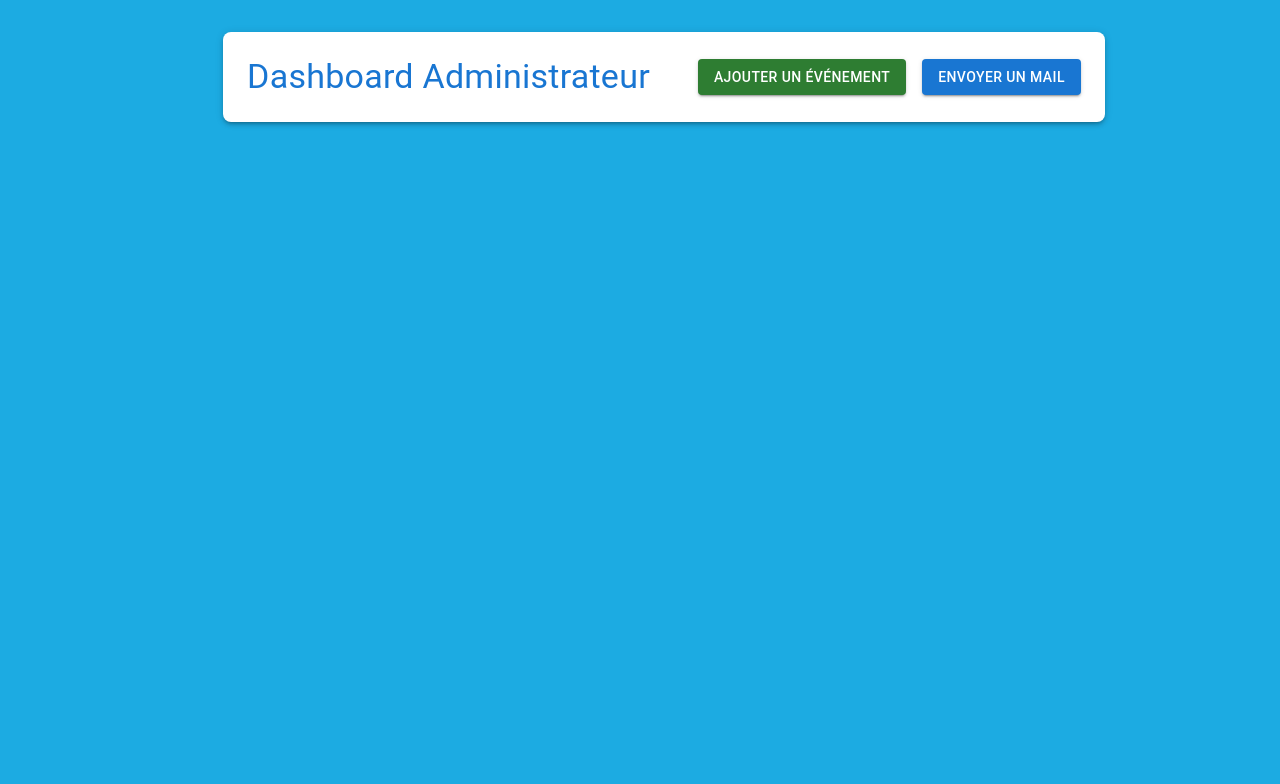
Repository: clement-chn/challenge-48h
Page: /dashboard (app in front/)
An editor plug-in stored every save of this project. The page is shown before and after the next save, followed by the edit.
The browser window is 1280 px wide. The pictures show the whole page.
The project was rebuilt for these pictures with package versions that can differ from the ones it lists, and the page was loaded fresh each time. Also part of the build but not shown: front/vite.config.js, front/src/Routes/connexion.jsx, front/src/Routes/inscriptions.jsx.

Above is the page before, as saved 2025-04-03 14:20:18.

### front/src/App.jsx
import './App.css'
import { BrowserRouter as Router, Routes, Route, Navigate } from 'react-router-dom'
import Connexion from './Routes/connexion.jsx'
import Dashboard from './Routes/dashboard.jsx'
import Inscription from './Routes/inscriptions.jsx'

function App() {
  return (
    <>
      <Router>
        <div style={{ minHeight: '100vh' }}> {/* Suppression de backgroundColor */}
          <Routes>
            <Route path="/" element={<Connexion />} />
            <Route path="/dashboard" element={<Dashboard />} />
            <Route path="*" element={<Navigate to="/" />} />
          </Routes>
        </div>
      </Router>
    </>
  )
}

export default App

### front/src/App.css
body {
  background-color: #1CABE2; /* Changement de fond */
  margin: 0;
  font-family: Arial, sans-serif;
}

#root {
  max-width: 1280px;
  margin: 0 auto;
  padding: 2rem;
  text-align: center;
}

.logo {
  height: 6em;
  padding: 1.5em;
  will-change: filter;
  transition: filter 300ms;
}
.logo:hover {
  filter: drop-shadow(0 0 2em #646cffaa);
}
.logo.react:hover {
  filter: drop-shadow(0 0 2em #61dafbaa);
}

@keyframes logo-spin {
  from {
    transform: rotate(0deg);
  }
  to {
    transform: rotate(360deg);
  }
}

@media (prefers-reduced-motion: no-preference) {
  a:nth-of-type(2) .logo {
    animation: logo-spin infinite 20s linear;
  }
}

.card {
  padding: 2em;
}

.read-the-docs {
  color: #888;
}

### front/src/Routes/dashboard.jsx
import React, { useState } from 'react';
import { Box, Card, CardContent, IconButton, Typography, Button } from '@mui/material';
import EditIcon from '@mui/icons-material/Edit';
import DeleteIcon from '@mui/icons-material/Delete';
import ModalCreeEvent from '../Components/ModalCreeEvent';
import HeaderSection from '../Components/HeaderSection'; // Import du nouveau composant

const AdminDashboard = () => {
  const [open, setOpen] = useState(false);
  const [events, setEvents] = useState([]);
  const [eventData, setEventData] = useState({
    title: '',
    date: '',
    description: '',
  });
  const [registeredEvents, setRegisteredEvents] = useState([]);

  const handleOpen = () => setOpen(true);
  const handleClose = () => {
    setOpen(false);
    setEventData({ title: '', date: '', description: '' });
  };

  const handleChange = (e) => {
    setEventData({ ...eventData, [e.target.name]: e.target.value });
  };

  const handleSubmit = (e) => {
    e.preventDefault();
    setEvents([...events, { ...eventData, id: Date.now() }]);
    handleClose();
  };

  const handleDelete = (id) => {
    setEvents(events.filter(event => event.id !== id));
    setRegisteredEvents(registeredEvents.filter(eventId => eventId !== id));
  };

  const handleRegister = (id) => {
    if (registeredEvents.includes(id)) {
      setRegisteredEvents(registeredEvents.filter(eventId => eventId !== id));
    } else {
      setRegisteredEvents([...registeredEvents, id]);
    }
  };

  const handleSendMail = () => {
    alert('Mail envoyé !');
  };

  return (
    <div style={{ backgroundColor: '#1CABE2', minHeight: '100vh' }}> {/* Fond principal */}
      <Box sx={{ width: '100%' }}> {/* Conteneur parent pour permettre la largeur complète */}
        {/* Utilisation du composant HeaderSection */}
        <HeaderSection onAddEvent={handleOpen} onSendMail={handleSendMail} />

        {/* Liste des événements */}
        {events.map((event) => (
          <Card key={event.id} sx={{ mb: 2, p: 2, display: 'flex', justifyContent: 'space-between', alignItems: 'center' }}>
            <CardContent>
              <Typography variant="subtitle2" color="textSecondary">
                {event.date}
              </Typography>
              <Typography variant="h6">{event.title}</Typography>
              <Typography variant="body2" color="textSecondary">
                {event.description}
              </Typography>
            </CardContent>
            <Box>
              <IconButton color="primary">
                <EditIcon />
              </IconButton>
              <IconButton color="error" onClick={() => handleDelete(event.id)}>
                <DeleteIcon />
              </IconButton>
              <Button
                variant="contained"
                color={registeredEvents.includes(event.id) ? 'error' : 'primary'}
                onClick={() => handleRegister(event.id)}
                sx={{ ml: 1 }}
              >
                {registeredEvents.includes(event.id) ? 'Se désinscrire' : 'S’inscrire'}
              </Button>
            </Box>
          </Card>
        ))}

        {/* Utilisation du composant ModalCreeEvent */}
        <ModalCreeEvent
          open={open}
          handleClose={handleClose}
          handleSubmit={handleSubmit}
          handleChange={handleChange}
          eventData={eventData}
        />
      </Box>
    </div>
  );
};

export default AdminDashboard;

### front/src/Components/ModalCreeEvent.jsx
import React from 'react';
import { Box, Typography, Modal, TextField, Button } from '@mui/material';

const ModalCreeEvent = ({ open, handleClose, handleSubmit, handleChange, eventData }) => {
  return (
    <Modal open={open} onClose={handleClose} aria-labelledby="modal-title">
      <Box
        sx={{
          position: 'absolute',
          top: '50%',
          left: '50%',
          transform: 'translate(-50%, -50%)',
          width: 400,
          bgcolor: 'background.paper',
          boxShadow: 24,
          p: 4,
          borderRadius: 2,
        }}
      >
        <Typography id="modal-title" variant="h6" sx={{ mb: 2 }}>
          Créer un nouvel événement
        </Typography>

        {/* Formulaire */}
        <form onSubmit={handleSubmit}>
          <TextField
            label="Titre de l'événement"
            name="title"
            fullWidth
            required
            margin="dense"
            value={eventData.title}
            onChange={handleChange}
          />
          <TextField
            label="Date"
            type="date"
            name="date"
            fullWidth
            required
            margin="dense"
            InputLabelProps={{ shrink: true }}
            value={eventData.date}
            onChange={handleChange}
          />
          <TextField
            label="Description"
            name="description"
            fullWidth
            multiline
            rows={3}
            margin="dense"
            value={eventData.description}
            onChange={handleChange}
          />

          <Box sx={{ display: 'flex', justifyContent: 'space-between', mt: 3 }}>
            <Button variant="contained" color="error" onClick={handleClose}>
              Annuler
            </Button>
            <Button variant="contained" color="primary" type="submit">
              Créer
            </Button>
          </Box>
        </form>
      </Box>
    </Modal>
  );
};

export default ModalCreeEvent;

### front/src/Components/HeaderSection.jsx
import React from 'react';
import { Box, Button, Typography } from '@mui/material';

const HeaderSection = ({ onAddEvent, onSendMail }) => {
  return (
    <Box
      sx={{
        backgroundColor: '#ffffff', // Fond blanc
        borderRadius: 2,
        width: '100%', // Prendre toute la largeur
        display: 'flex',
        justifyContent: 'space-between',
        alignItems: 'center',
        boxShadow: 3,
        mb: 3,
        p: 3, // Ajout de padding pour un meilleur espacement
      }}
    >
      <Typography variant="h4" color="primary">
        Dashboard Administrateur
      </Typography>
      <Box>
        <Button
          variant="contained"
          color="success"
          onClick={onAddEvent}
          sx={{ mr: 2 }}
        >
          Ajouter un événement
        </Button>
        <Button
          variant="contained"
          color="primary"
          onClick={onSendMail}
        >
          Envoyer un mail
        </Button>
      </Box>
    </Box>
  );
};

export default HeaderSection;

### front/src/Components/EventFilterSelect.jsx
import React from 'react';
import { Box, FormControl, InputLabel, MenuItem, Select } from '@mui/material';

const EventFilterSelect = ({ filter, setFilter }) => {
  const handleChange = (event) => {
    setFilter(event.target.value);
  };

  return (
    <Box sx={{ mb: 3, width: '100%' }}>
      <FormControl fullWidth>
        <InputLabel id="event-filter-label">Filtrer les événements</InputLabel>
        <Select
          labelId="event-filter-label"
          value={filter}
          onChange={handleChange}
          label="Filtrer les événements"
        >
          <MenuItem value="all">Tous les événements</MenuItem>
          <MenuItem value="closest">Événements les plus proches</MenuItem>
          <MenuItem value="registered">Événements où un bénévole est inscrit</MenuItem>
        </Select>
      </FormControl>
    </Box>
  );
};

export default EventFilterSelect;

Loaded but not shown: front/index.html (common file); front/src/main.jsx (common file); front/src/index.css (common file)

After the next save:
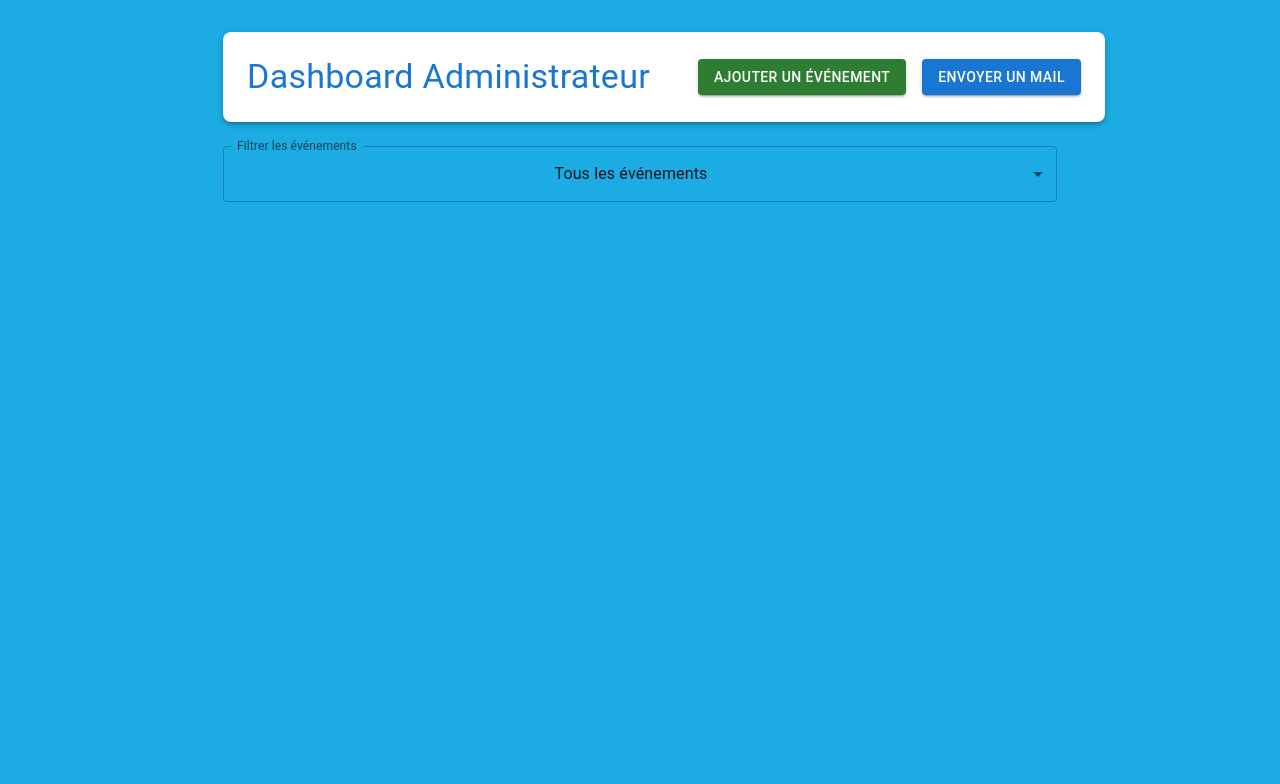
Saved 2 s later.
--- a/front/src/Routes/dashboard.jsx
+++ b/front/src/Routes/dashboard.jsx
@@ -4,6 +4,7 @@
 import DeleteIcon from '@mui/icons-material/Delete';
 import ModalCreeEvent from '../Components/ModalCreeEvent';
 import HeaderSection from '../Components/HeaderSection'; // Import du nouveau composant
+import EventFilterSelect from '../Components/EventFilterSelect'; // Import du nouveau composant
 
 const AdminDashboard = () => {
   const [open, setOpen] = useState(false);
@@ -14,6 +15,7 @@
     description: '',
   });
   const [registeredEvents, setRegisteredEvents] = useState([]);
+  const [filter, setFilter] = useState('all'); // État pour le filtre
 
   const handleOpen = () => setOpen(true);
   const handleClose = () => {
@@ -48,14 +50,29 @@
     alert('Mail envoyé !');
   };
 
+  // Filtrer les événements en fonction du filtre sélectionné
+  const filteredEvents = events.filter((event) => {
+    if (filter === 'closest') {
+      // Trier par date la plus proche
+      return true; // Ajoutez une logique pour trier par date
+    }
+    if (filter === 'registered') {
+      return registeredEvents.includes(event.id);
+    }
+    return true; // Tous les événements
+  });
+
   return (
     <div style={{ backgroundColor: '#1CABE2', minHeight: '100vh' }}> {/* Fond principal */}
       <Box sx={{ width: '100%' }}> {/* Conteneur parent pour permettre la largeur complète */}
         {/* Utilisation du composant HeaderSection */}
         <HeaderSection onAddEvent={handleOpen} onSendMail={handleSendMail} />
 
-        {/* Liste des événements */}
-        {events.map((event) => (
+        {/* Utilisation du composant EventFilterSelect */}
+        <EventFilterSelect filter={filter} setFilter={setFilter} />
+
+        {/* Liste des événements filtrés */}
+        {filteredEvents.map((event) => (
           <Card key={event.id} sx={{ mb: 2, p: 2, display: 'flex', justifyContent: 'space-between', alignItems: 'center' }}>
             <CardContent>
               <Typography variant="subtitle2" color="textSecondary">

After the save that followed:
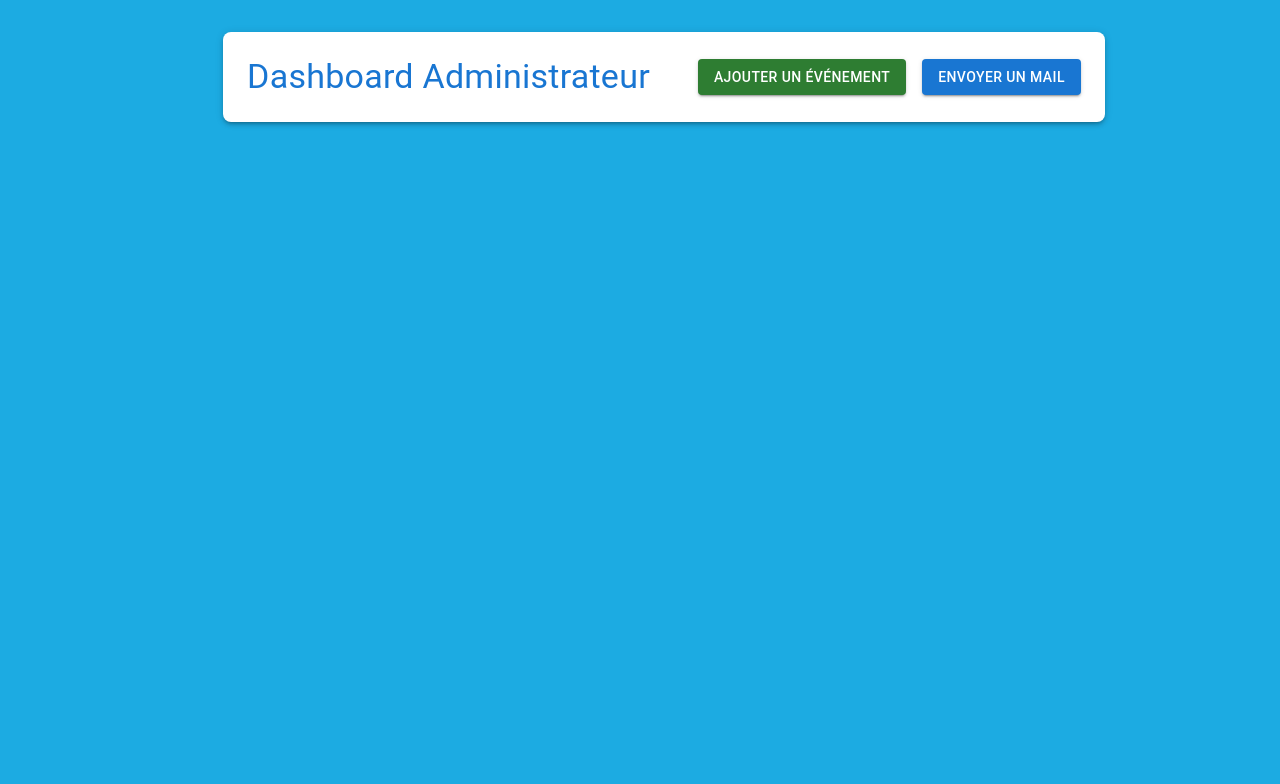
Saved 2 min 22 s later.
--- a/front/src/Routes/dashboard.jsx
+++ b/front/src/Routes/dashboard.jsx
@@ -68,8 +68,10 @@
         {/* Utilisation du composant HeaderSection */}
         <HeaderSection onAddEvent={handleOpen} onSendMail={handleSendMail} />
 
-        {/* Utilisation du composant EventFilterSelect */}
-        <EventFilterSelect filter={filter} setFilter={setFilter} />
+        {/* Afficher le composant EventFilterSelect uniquement s'il y a des événements */}
+        {events.length > 0 && (
+          <EventFilterSelect filter={filter} setFilter={setFilter} />
+        )}
 
         {/* Liste des événements filtrés */}
         {filteredEvents.map((event) => (
